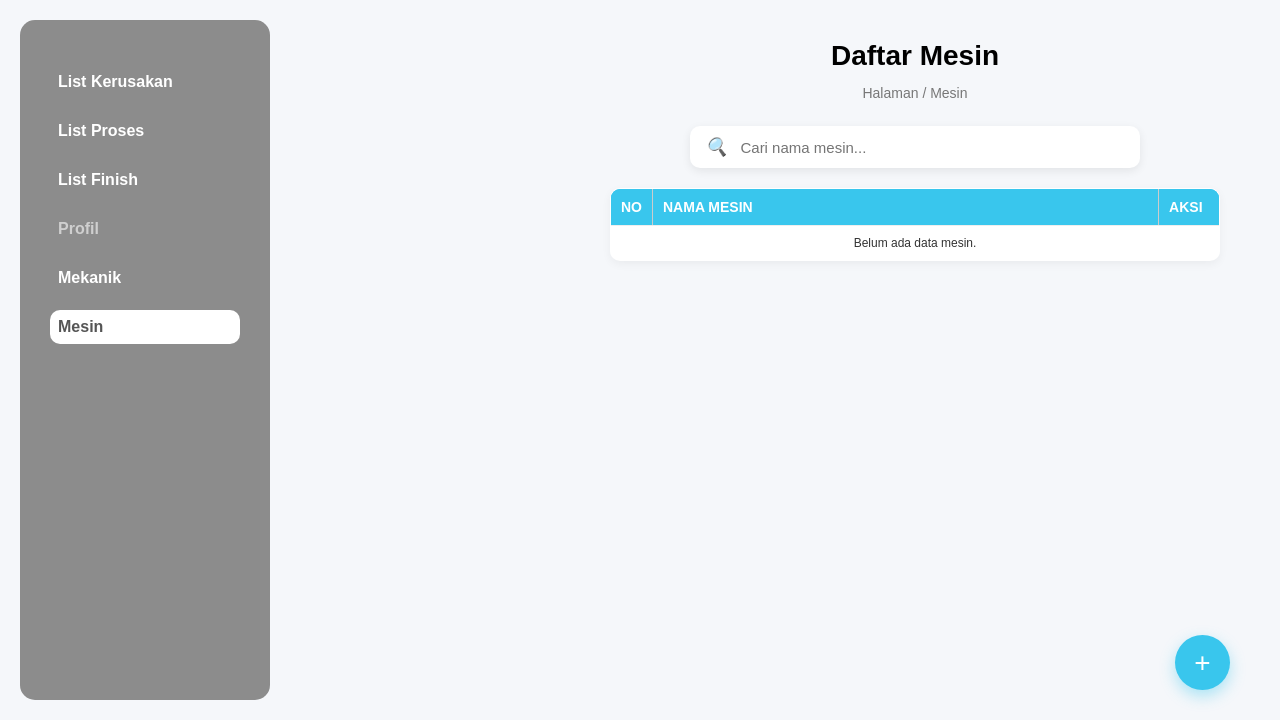
Repository: 1rHub/maintenance
Page: http://localhost/mesin.php
The author's editor kept a copy of each file at every save. The page is drawn from the files as they stood at one save, then again after the next save.
The browser window is 1280 px wide. The pictures show the whole page.
The page is run by PHP 8.4 with error messages shown; the project is at /var/www/html/. Queries for data that is not in the repository find no rows.

Above is the page before, as saved 2025-10-20 09:23:05.

### mesin.php
<?php
include "koneksi.php";
include "sidebar.php";

// === Tambah Mesin ===
if ($_SERVER["REQUEST_METHOD"] === "POST" && isset($_POST["tambah_mesin"])) {
    $nama = trim($_POST["nama_mesin"]);
    if ($nama !== "") {
        mysqli_query($conn, "INSERT INTO mesin (nama_mesin) VALUES ('$nama')");
    }
    header("Location: mesin.php");
    exit;
}

// === Hapus Mesin ===
if ($_SERVER["REQUEST_METHOD"] === "POST" && isset($_POST["hapus_mesin"])) {
    $id = intval($_POST["id_mesin"]);
    mysqli_query($conn, "DELETE FROM mesin WHERE id = $id");
    header("Location: mesin.php");
    exit;
}

// === Ambil Semua Mesin (urutan ASC supaya baru di bawah) ===
$result = mysqli_query($conn, "SELECT * FROM mesin ORDER BY id ASC");
$mesin_list = mysqli_fetch_all($result, MYSQLI_ASSOC);
?>

<!DOCTYPE html>
<html lang="id">
<head>
    <meta charset="UTF-8">
    <title>Data Mesin</title>
    <link rel="stylesheet" href="assets/css/style.css">
    <style>
        body {
            background: #f5f7fa;
        }

        /* ===== AREA UTAMA ===== */
        .main-content {
            margin-left: 260px; /* menyesuaikan sidebar */
            padding: 40px 60px;
            display: flex;
            flex-direction: column;
            align-items: center;
            min-height: 100vh;
        }

        .main-content h1 {
            text-align: center;
            margin-bottom: 8px;
        }

        .breadcrumb {
            text-align: center;
            color: #777;
            font-size: 14px;
            margin-bottom: 25px;
        }

        .table-wrapper {
            width: 100%;
            max-width: 1000px;
            background: transparent;
        }

        /* ===== SEARCH BAR ===== */
        .search-box {
            width: 100%;
            max-width: 450px;
            margin: 0 auto 20px auto;
            display: flex;
            align-items: center;
            background: white;
            border-radius: 10px;
            box-shadow: 0 3px 10px rgba(0,0,0,0.08);
            padding: 10px 15px;
        }

        .search-box input {
            flex: 1;
            border: none;
            outline: none;
            font-size: 15px;
            padding-left: 5px;
            background: transparent;
        }

        .search-box i {
            color: #39c6ed;
            font-size: 18px;
            margin-right: 8px;
        }

        /* ===== TABEL ===== */
        table {
            width: 100%;
            border-collapse: collapse;
            background: white;
            border-radius: 10px;
            overflow: hidden;
            box-shadow: 0 3px 10px rgba(0,0,0,0.05);
        }

        th, td {
            padding: 10px 10px;
            text-align: left;
            border-bottom: 1px solid #eee;
        }

        th {
            background: #39c6ed;
            color: white;
            text-transform: uppercase;
            font-size: 14px;
        }

        td {
            font-weight: 500;
            color: #333;
        }

        tr:hover td {
            background: #f0fbff;
        }

        td a {
            color: #333;
            text-decoration: none;
            font-weight: 600;
            transition: 0.2s;
        }

        td a:hover {
            color: #39c6ed;
        }

        /* Tombol hapus */
        .hapus-btn {
            background: #e74c3c;
            color: white;
            border: none;
            padding: 6px 12px;
            border-radius: 6px;
            cursor: pointer;
            transition: 0.2s;
        }

        .hapus-btn:hover {
            background: #c0392b;
            transform: scale(1.05);
        }

        /* Tombol tambah (float) */
        .float-btn {
            position: fixed;
            bottom: 30px;
            right: 50px;
            background-color: #39c6ed;
            color: white;
            font-size: 28px;
            width: 55px;
            height: 55px;
            border-radius: 50%;
            border: none;
            box-shadow: 0 6px 15px rgba(57,198,237,0.4);
            cursor: pointer;
            transition: all 0.3s ease;
        }

        .float-btn:hover {
            background-color: #2da8cf;
            transform: scale(1.1);
        }

        /* Popup tambah mesin */
        .popup .popup-content {
            width: 100%;
            max-width: 400px;
            text-align: center;
        }

        .popup-content h2 {
            margin-bottom: 15px;
            color: #333;
        }

        .popup-content input[type="text"] {
            width: 90%;
            padding: 10px;
            margin: 10px 0;
            border: 1px solid #ccc;
            border-radius: 8px;
            outline: none;
            transition: 0.2s;
        }

        .popup-content input:focus {
            border-color: #39c6ed;
            box-shadow: 0 0 5px rgba(57,198,237,0.4);
        }

        .popup-content button {
            background: #39c6ed;
            color: white;
            padding: 8px 15px;
            border: none;
            border-radius: 8px;
            cursor: pointer;
            transition: 0.2s;
        }

        .popup-content button:hover {
            background: #2da8cf;
        }
    </style>
</head>
<body>
    <div class="main-content">
        <h1>Daftar Mesin</h1>
        <p class="breadcrumb">Halaman / Mesin</p>

        <div class="table-wrapper">
            <!-- 🔍 Search -->
            <div class="search-box">
                <i>🔍</i>
                <input type="text" id="searchMesin" placeholder="Cari nama mesin...">
            </div>

            <!-- 📋 Tabel Mesin -->
            <table id="mesinTable">
                <thead>
                    <tr>
                        <th style="width:5%;">No</th>
                        <th>Nama Mesin</th>
                        <th style="width:10%;">Aksi</th>
                    </tr>
                </thead>
                <tbody>
                    <?php if (count($mesin_list) > 0): ?>
                        <?php $no = 1; foreach ($mesin_list as $m): ?>
                            <tr>
                                <td><?= $no++ ?></td>
                                <td>
                                    <a href="#" onclick="openRiwayatMesin('<?= htmlspecialchars($m['nama_mesin']) ?>')">
                                        <?= htmlspecialchars($m['nama_mesin']) ?>
                                    </a>
                                </td>
                                <td>
                                    <button class="hapus-btn" onclick="hapusMesin(event, <?= $m['id'] ?>)">Hapus</button>
                                </td>
                            </tr>
                        <?php endforeach; ?>
                    <?php else: ?>
                        <tr><td colspan="3" style="text-align:center;">Belum ada data mesin.</td></tr>
                    <?php endif; ?>
                </tbody>
            </table>
        </div>
    </div>

    <!-- ➕ Tombol Tambah Mesin -->
    <button class="float-btn" onclick="openTambahPopup()">+</button>

    <!-- 📋 Popup Tambah Mesin -->
    <div class="popup" id="popupTambah">
        <div class="popup-content">
            <span class="close-btn" onclick="closeTambahPopup()">&times;</span>
            <h2>Tambah Mesin Baru</h2>
            <form method="POST">
                <input type="text" name="nama_mesin" placeholder="Nama mesin baru" required>
                <button type="submit" name="tambah_mesin">Tambah</button>
            </form>
        </div>
    </div>

    <!-- 📋 Popup Riwayat Mesin -->
    <div class="popup" id="popupRiwayatMesin">
        <div class="popup-content" style="max-width:900px;">
            <span class="close-btn" onclick="closeRiwayatMesin()">&times;</span>
            <h2 id="riwayatMesinTitle">Riwayat Mesin</h2>
            <table>
                <thead>
                    <tr>
                        <th>Tanggal</th>
                        <th>Pelapor</th>
                        <th>Divisi</th>
                        <th>Keterangan</th>
                        <th>Mekanik</th>
                        <th>Pesan Mekanik</th>
                        <th>Kategori</th>
                    </tr>
                </thead>
                <tbody id="riwayatMesinTable">
                    <tr><td colspan="7" style="text-align:center;">Pilih mesin untuk melihat riwayat.</td></tr>
                </tbody>
            </table>
        </div>
    </div>

    <!-- form hapus -->
    <form id="hapusForm" method="POST" style="display:none;">
        <input type="hidden" name="hapus_mesin" value="1">
        <input type="hidden" name="id_mesin" id="hapusMesinId">
    </form>

    <script>
        // 🔍 Live Search
        document.getElementById('searchMesin').addEventListener('input', function() {
            const query = this.value.toLowerCase();
            const rows = document.querySelectorAll('#mesinTable tbody tr');
            rows.forEach(row => {
                const nama = row.cells[1].textContent.toLowerCase();
                row.style.display = nama.includes(query) ? '' : 'none';
            });
        });

        // 📋 Riwayat Mesin
        function openRiwayatMesin(namaMesin) {
            const popup = document.getElementById('popupRiwayatMesin');
            const tbody = document.getElementById('riwayatMesinTable');
            document.getElementById('riwayatMesinTitle').textContent = `Riwayat Mesin: ${namaMesin}`;
            popup.style.display = 'flex';

            fetch(`riwayat_mesin.php?nama=${encodeURIComponent(namaMesin)}`)
                .then(res => res.json())
                .then(data => {
                    tbody.innerHTML = "";
                    if (data.length === 0) {
                        tbody.innerHTML = "<tr><td colspan='7' style='text-align:center;'>Belum ada riwayat perbaikan.</td></tr>";
                        return;
                    }
                    data.forEach(item => {
                        const tr = document.createElement("tr");
                        tr.innerHTML = `
                            <td>${item.tanggal}</td>
                            <td>${item.nama}</td>
                            <td>${item.divisi}</td>
                            <td>${item.pesan}</td>
                            <td>${item.nama_mekanik || '-'}</td>
                            <td>${item.pesan_mekanik || '-'}</td>
                            <td>${item.kategori}</td>
                        `;
                        tbody.appendChild(tr);
                    });
                })
                .catch(() => {
                    tbody.innerHTML = "<tr><td colspan='7' style='text-align:center;'>Gagal memuat data.</td></tr>";
                });
        }

        function closeRiwayatMesin() {
            document.getElementById('popupRiwayatMesin').style.display = 'none';
        }

        // ➕ Popup Tambah
        function openTambahPopup() { document.getElementById('popupTambah').style.display = 'flex'; }
        function closeTambahPopup() { document.getElementById('popupTambah').style.display = 'none'; }

        // 🗑️ Hapus Mesin
        function hapusMesin(event, id) {
            event.stopPropagation();
            if (confirm("Yakin ingin menghapus mesin ini?")) {
                document.getElementById('hapusMesinId').value = id;
                document.getElementById('hapusForm').submit();
            }
        }
    </script>
</body>
</html>

### koneksi.php
<?php
$host = "localhost";
$user = "root";
$pass = "";
$db   = "db_laporan";

$conn = new mysqli($host, $user, $pass, $db);

if ($conn->connect_error) {
    die("Koneksi gagal: " . $conn->connect_error);
}
?>

### sidebar.php
<?php

$current_page = basename($_SERVER['PHP_SELF']);
?>

<head>
    <link rel="stylesheet" href="assets/css/style.css">
</head>
<div class="sidebar">
    <ul class="menu">
        <li>
            <a href="dashboard_laporan.php" class="<?= $current_page == 'dashboard_laporan.php' ? 'active' : '' ?>">
                List Kerusakan
            </a>
        </li>
        <li>
            <a href="list_proses.php" class="<?= $current_page == 'list_proses.php' ? 'active' : '' ?>">
                List Proses
            </a>
        </li>
        <li>
            <a href="list_finish.php" class="<?= $current_page == 'list_finish.php' ? 'active' : '' ?>">
                List Finish
            </a>
        </li>
        <li>
            <a href="#" class="disabled">Profil</a>
        </li>
        <li>
            <a href="mekanik.php" class="<?= $current_page == 'mekanik.php' ? 'active' : '' ?>">
                Mekanik
            </a>
        </li>
        <li>
            <a href="mesin.php" class="<?= $current_page == 'mesin.php' ? 'active' : '' ?>">
                Mesin
            </a>
        </li>
    </ul>
    <?php if ($current_page == 'dashboard_laporan.php'): ?>
        <button class="register-btn" onclick="openPopup()">Registrasi Laporan</button>
    <?php endif; ?>
</div>

Loaded but not shown: assets/css/style.css (590 lines, source omitted)

After the next save:
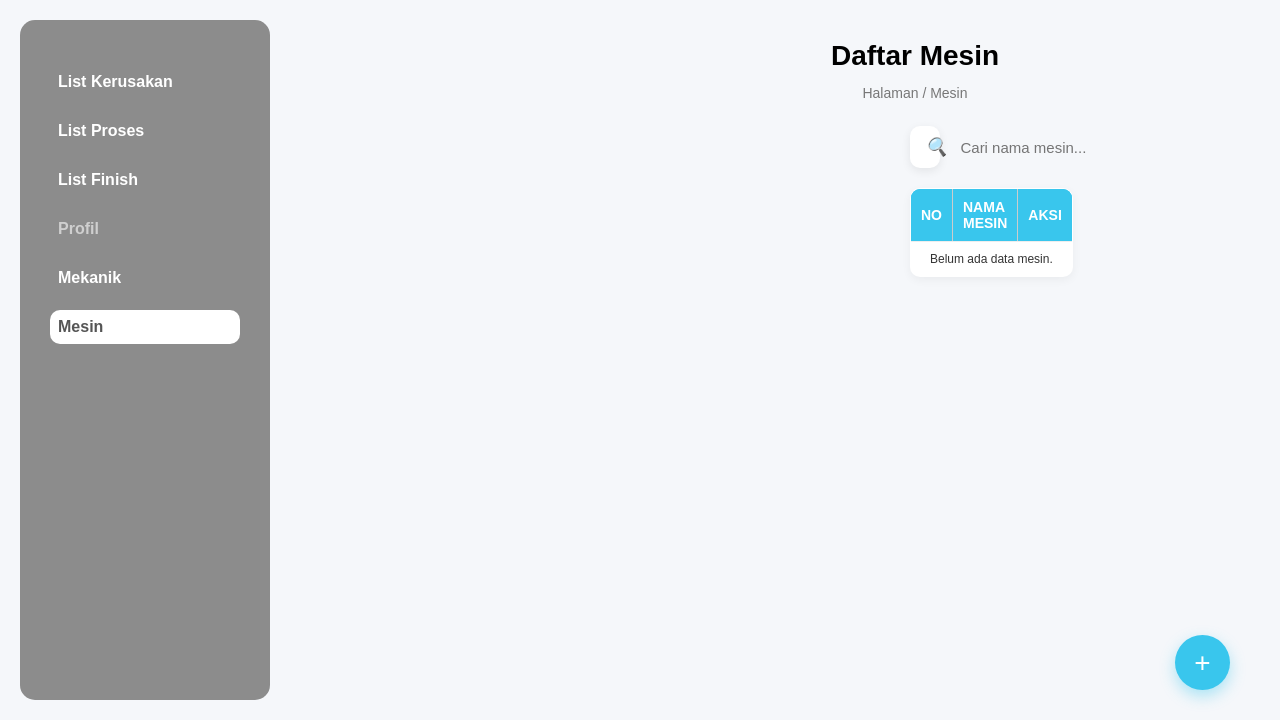
Saved 21 s later.
--- a/mesin.php
+++ b/mesin.php
@@ -60,7 +60,7 @@
 
         .table-wrapper {
             width: 100%;
-            max-width: 1000px;
+            max-width: 10px;
             background: transparent;
         }
 

After the save that followed:
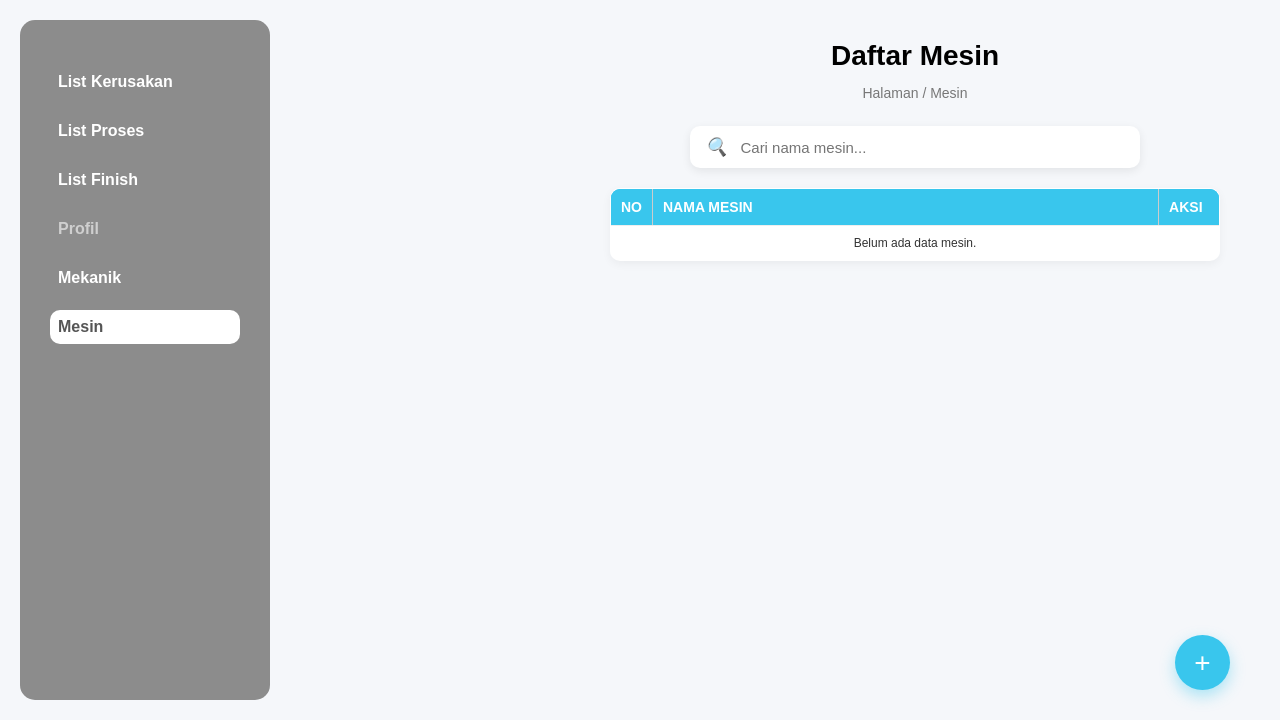
Saved 4 s later.
--- a/mesin.php
+++ b/mesin.php
@@ -60,7 +60,7 @@
 
         .table-wrapper {
             width: 100%;
-            max-width: 10px;
+            max-width: 1000px;
             background: transparent;
         }
 
